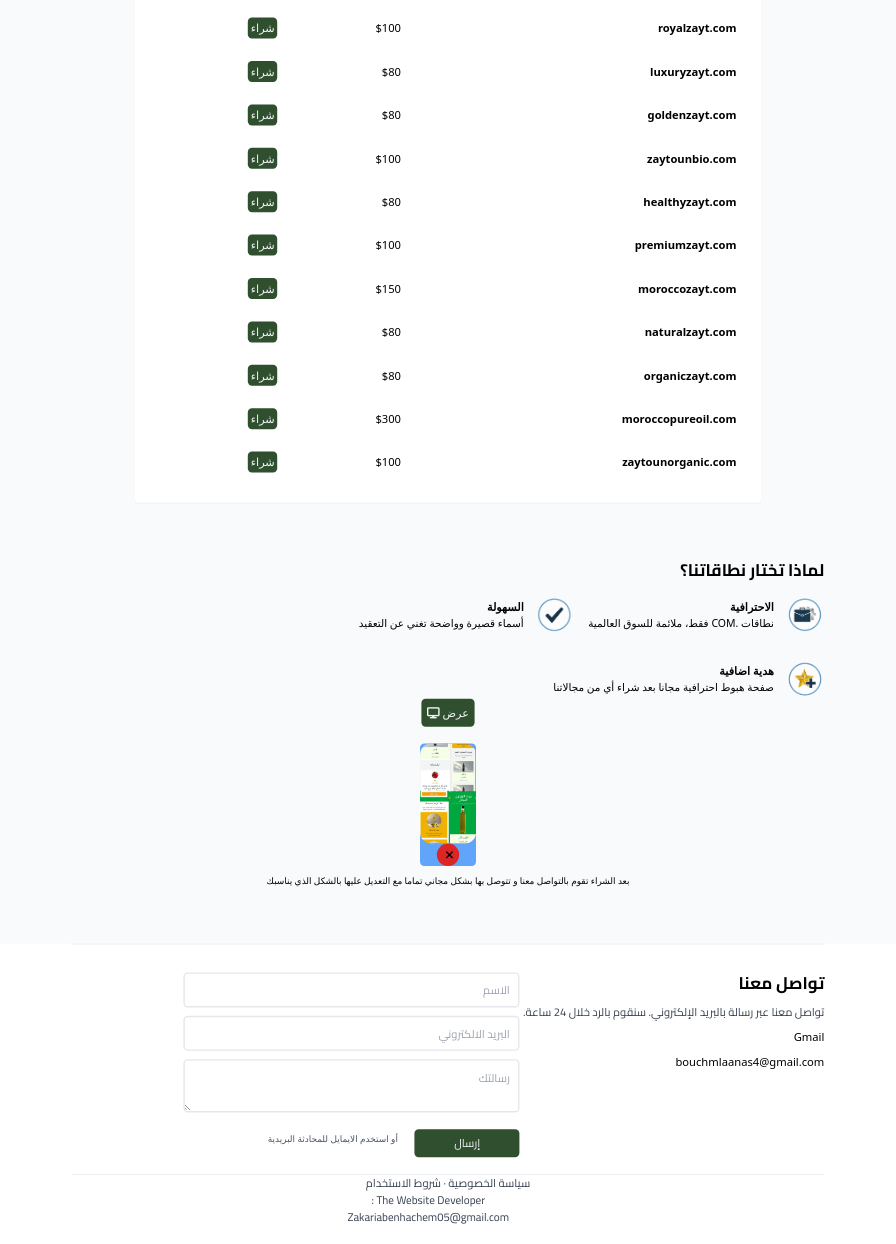
Repository: zakaria-bn05/Olive-oil-domaine-names-english-version
Page: index.html
These files come from the project's save history. The page is drawn as it stood at one moment and after the next save; the edit follows.
The browser window is 1280 px wide. The pictures show the part of the page from y = 1193 to 3113 px (the page is 2970 px tall before and 3113 px after), at 70% of full size.
Some web libraries are served in a nearby version.

Above is the page before, as saved 2025-11-19 04:38:37.

### index.html
<!DOCTYPE html>
<html lang="ar" dir="rtl">

<head>
    <meta charset="UTF-8">
    <meta name="viewport" content="width=device-width, initial-scale=1.0">
    <link rel="icon" type="image/x-icon" href="assets/logo.png">
    <link rel="stylesheet" href="https://cdnjs.cloudflare.com/ajax/libs/font-awesome/6.5.1/css/all.min.css">
    <script src="https://cdn.tailwindcss.com"></script>
    <link href="https://fonts.googleapis.com/css2?family=Cairo:wght@300;400;600;700;800&display=swap" rel="stylesheet">
    <title src="">بيع نطاقات زيت الزيتون .COM</title>
    <style>
        .font-cairo {
            font-family: 'Cairo', system-ui, -apple-system, 'Segoe UI', Roboto, sans-serif;
        }

        .nav-link {
            font-size: 0.95rem;
            font-weight: 600;
        }

        .nav-link:hover {
            opacity: 0.92;
        }

        .bg-olive-btn {
            background-color: #2f4f2f;
        }

        .bg-olive-btn:hover {
            filter: contrast(80%);
        }

        .header {
            height: 445px;
            background-image: url('assets/header-picture.jpg');
            background-size: cover;
            background-position: center;
        }

        .table-spaced {
            border-collapse: separate;
            border-spacing: 0 0.9rem;
        }

        .table-spaced th,
        .table-spaced td {
            background: white;
            padding: 0.75rem 1rem;
            border-radius: 8px;
        }

        .table-spaced thead th {
            background: transparent;
            font-weight: 700;
        }

        @media (max-width: 768px) {

            nav {
                margin-top: -40px;
            }

            .special-domaine {
                width: 400px
            }

            .buy-reason {
                padding-left: auto;
            }
        }
    </style>
</head>

<body class="min-h-screen flex flex-col">
    <main class="font-Cairo w-full flex flex-col bg-gray-50 text-gold-dark ">
        <nav
            class="sticky md:top-0 z-30 bg-white/60 backdrop-blur-sm flex w-full h-26 md:h-16 px-[4%] md:px-[8%] items-center justify-between md:gap-1">

            <div class=" flex items-center gap-[2%]">
                <img src="assets/logo.png" class=" w-8 cursor-pointer alt=" OliveDomains Logo">
                <div>
                    <p class="text-right font-bold">OliveDomains</p>
                    <p class="text-xs font-cairo w-30">نطاقات .COM لعلامات زيت الزيتون</p>
                </div>
            </div>
            <div class="flex items-center mt-28 mb-2 md:m-0 gap-4">
                <a id="full-list" class="text-green-900 nav-link font-cairo w-18 cursor-pointer md:w-max ">القائمة
                    الكاملة</a>
                <a id="" class="special text-green-900 nav-link font-cairo cursor-pointer ">مميزة</a>
                <a id="contact"
                    class="bg-olive-btn rounded-md p-[4px] md:p-[6px] text-gray-100 nav-link font-cairo cursor-pointer md:w-max">تواصل
                    معنا</a>
            </div>
        </nav>
        <header class="header flex items-center justify-center z-10 relative ">
            <div class="bg-white rounded-2xl backdrop-blur-sm bg-opacity-30 w-4/5 p-11 flex flex-col gap-3 ">
                <h1 class="font-cairo text-4xl font-bold text-right "> ابدأ علامتك التجارية لزيت الزيتون اليوم.</h1>
                <p class="text-gray-700 text-right text-ms ">
                    نقدم لك أسماء نطاقات .COM قصيرة، سهلة التذكر، وجاهزة للانطلاق.
                </p>
                <div class="flex md:flex-row flex-col gap-3 mt-4 ">
                    <button class="special font-cairo bg-olive-btn px-3 py-2 text-gray-100 rounded-md">استعرض النطاقات
                        المميزة
                    </button>
                    <button id="full-list-2" class="font-cairo px-3 py-2 rounded-md border-2 border-green-900 ">عرض
                        القائمة
                        الكاملة
                    </button>
                </div>
            </div>
        </header>
        <article class="px-[8%] py-10">
            <h1 class="font-cairo text-2xl font-bold">النطاقات المميزة</h1>
            <p class="font-cairo text-xm text-gray-700 ">أفضل النطاقات الجاهزة للاستعمال - قصيرة، راقية، وجاهزة لعلامتك.
            </p>
            <div class="flex gap-3 flex-wrap justify-center">
                <div
                    class="special-domaine bg-white border-2 border-gray-300 rounded-md p-5 mt-5 w-100 flex flex-col gap-3 ">
                    <p class=" font-cairo text-xm text-gray-700 ">نطاق
                    </p>
                    <p class=" font-cairo text-xl text-gray-700 font-bold ">goldenzayt.com
                    </p>
                    <p class=" font-cairo text-xm text-gray-700 ">اسم راق وسهل التذكر لماركات زيت الزيتون
                    </p>
                    <div class="flex items-center mt-auto w-full justify-between">

                        <p class=" font-cairo text-xl text-gray-700 font-bold mt-3 ">$80</p>
                        <div class="justify-end">
                            <button class="selling bg-olive-btn px-3 py-2 text-gray-100 rounded-md mt-3">اشترِ الآن
                            </button>
                            <button class="negotiate font-cairo bg-olive-btn px-3 py-2 bg-gray-100 rounded-md mt-3">
                                تفاوض
                            </button>
                        </div>

                    </div>
                </div>
                <div
                    class="special-domaine bg-white border-2 border-gray-300 rounded-md p-5 w-100 mt-5 flex flex-col gap-3 ">
                    <p class=" font-cairo text-xm text-gray-700 ">نطاق
                    </p>
                    <p class=" font-cairo text-xl text-gray-700 font-bold ">luxuryzayt.com
                    </p>
                    <p class=" font-cairo text-xm text-gray-700 ">ملائم للمنتجات الفاخرة والسوق الراقية
                    </p>
                    <div class="flex items-center mt-auto w-full justify-between">

                        <p class=" font-cairo text-xl text-gray-700 font-bold mt-3 ">$80</p>
                        <div class="justify-end">
                            <button href="" class="selling bg-olive-btn px-3 py-2 text-gray-100 rounded-md mt-3">اشترِ
                                الآن
                            </button>
                            <button class="negotiate font-cairo bg-olive-btn px-3 py-2 bg-gray-100 rounded-md mt-3">
                                تفاوض
                            </button>
                        </div>
                    </div>
                </div>
                <div
                    class="special-domaine bg-white border-2 border-gray-300 rounded-md p-5 mt-5 w-100 flex flex-col gap-3 ">
                    <p class=" font-cairo text-xm text-gray-700 ">نطاق
                    </p>
                    <p class=" font-cairo text-xl text-gray-700 font-bold ">organiczayt.com
                    </p>
                    <p class=" font-cairo text-xm text-gray-700 ">مثالي للمنتجات العضوية والعضوية المعتمدة
                    </p>
                    <div class="flex items-center w-full justify-between">

                        <p class=" font-cairo text-xl text-gray-700 font-bold mt-3 ">$80</p>
                        <div class="justify-end mt-auto">
                            <button class="selling bg-olive-btn px-3 py-2 text-gray-100 rounded-md mt-3">اشترِ الآن
                            </button>
                            <button class="negotiate font-cairo bg-olive-btn px-3 py-2 bg-gray-100 rounded-md mt-3">
                                تفاوض
                            </button>
                        </div>

                    </div>
                </div>
        </article>
        <article class="px-[8%] py-10">
            <h1 class="font-cairo text-2xl font-bold"> القائمة الكاملة للنطاقات</h1>
            <p class="font-cairo text-xm text-gray-700 ">أفضل النطاقات الجاهزة للاستعمال - قصيرة، راقية، وجاهزة لعلامتك
            </p>
            <div class="flex justify-center w-full">
                <table class=" w-5/6 text-right mt-5 bg-white p-5 rounded-md table-spaced shadow-sm">
                    <tr class="border-b-2 p-5">
                        <th>النطاق</th>
                        <th>السعر</th>
                        <th>الروابط</th>
                    </tr>
                    <tr>
                        <td class="font-bold ">zaytshop.com</td>
                        <td>$150</td>
                        <td><a href="https://sedo.com/search/?member=c67aa84ed5e26d9853476fb49144413aa5dfed49"
                                class="hover:border-b-2 border-black bg-olive-btn text-gray-100 p-1 rounded-md">
                                شراء</a></td>
                    </tr>
                    <tr>
                        <td class="font-bold ">purezayt.com</td>
                        <td>$100</td>
                        <td><a href="https://sedo.com/search/?member=c67aa84ed5e26d9853476fb49144413aa5dfed49"
                                class="hover:border-b-2 border-black bg-olive-btn text-gray-100 p-1 rounded-md">
                                شراء</a></td>
                    </tr>
                    <tr>
                        <td class="font-bold ">royalzayt.com</td>
                        <td>$100</td>
                        <td><a href="https://sedo.com/search/?member=c67aa84ed5e26d9853476fb49144413aa5dfed49"
                                class="hover:border-b-2 border-black bg-olive-btn text-gray-100 p-1 rounded-md">
                                شراء</a></td>
                    </tr>
                    <tr>
                        <td class="font-bold ">luxuryzayt.com</td>
                        <td>$80</td>
                        <td><a href="https://sedo.com/search/?member=c67aa84ed5e26d9853476fb49144413aa5dfed49"
                                class="hover:border-b-2 border-black bg-olive-btn text-gray-100 p-1 rounded-md">
                                شراء</a></td>
                    </tr>
                    <tr>
                        <td class="font-bold ">goldenzayt.com</td>
                        <td>$80</td>
                        <td><a href="https://sedo.com/search/?member=c67aa84ed5e26d9853476fb49144413aa5dfed49"
                                class="hover:border-b-2 border-black bg-olive-btn text-gray-100 p-1 rounded-md">
                                شراء</a></td>
                    </tr>
                    <tr>
                        <td class="font-bold ">zaytounbio.com</td>
                        <td>$100</td>
                        <td><a href="https://sedo.com/search/?member=c67aa84ed5e26d9853476fb49144413aa5dfed49"
                                class="hover:border-b-2 border-black bg-olive-btn text-gray-100 p-1 rounded-md">
                                شراء</a></td>
                    </tr>

                    <tr>
                        <td class="font-bold ">healthyzayt.com</td>
                        <td>$80</td>
                        <td><a href="https://sedo.com/search/?member=c67aa84ed5e26d9853476fb49144413aa5dfed49"
                                class="hover:border-b-2 border-black bg-olive-btn text-gray-100 p-1 rounded-md">
                                شراء</a></td>
                    </tr>
                    <tr>
                        <td class="font-bold ">premiumzayt.com</td>
                        <td>$100</td>
                        <td><a href="https://sedo.com/search/?member=c67aa84ed5e26d9853476fb49144413aa5dfed49"
                                class="hover:border-b-2 border-black bg-olive-btn text-gray-100 p-1 rounded-md">
                                شراء</a></td>
                    </tr>
                    <tr>
                        <td class="font-bold ">moroccozayt.com</td>
                        <td>$150</td>
                        <td><a href="https://sedo.com/search/?member=c67aa84ed5e26d9853476fb49144413aa5dfed49"
                                class="hover:border-b-2 border-black bg-olive-btn text-gray-100 p-1 rounded-md">
                                شراء</a></td>
                    </tr>
                    <tr>
                        <td class="font-bold ">naturalzayt.com</td>
                        <td>$80</td>
                        <td><a href="https://sedo.com/search/?member=c67aa84ed5e26d9853476fb49144413aa5dfed49"
                                class="hover:border-b-2 border-black bg-olive-btn text-gray-100 p-1 rounded-md">
                                شراء</a></td>
                    </tr>

                    <tr>
                        <td class="font-bold ">organiczayt.com</td>
                        <td>$80</td>
                        <td><a href="https://sedo.com/search/?member=c67aa84ed5e26d9853476fb49144413aa5dfed49"
                                class="hover:border-b-2 border-black bg-olive-btn text-gray-100 p-1 rounded-md">
                                شراء</a></td>
                    </tr>
                    <tr>
                        <td class="font-bold ">moroccopureoil.com</td>
                        <td>$300</td>
                        <td><a href="https://sedo.com/search/?member=c67aa84ed5e26d9853476fb49144413aa5dfed49"
                                class="hover:border-b-2 border-black bg-olive-btn text-gray-100 p-1 rounded-md">
                                شراء</a></td>
                    </tr>
                    <tr>
                        <td class="font-bold ">zaytounorganic.com</td>
                        <td>$100</td>
                        <td><a href="https://sedo.com/search/?member=c67aa84ed5e26d9853476fb49144413aa5dfed49"
                                class="hover:border-b-2 border-black bg-olive-btn text-gray-100 p-1 rounded-md">
                                شراء</a></td>
                    </tr>
                </table>
            </div>

        </article>
        <article class="px-[8%] py-10">
            <h1 class="font-cairo text-2xl font-bold"> لماذا تختار نطاقاتنا؟ </h1>
            <div class="flex flex-wrap gap-4">
                <div class=" flex gap-5 mt-5 p-1 rounded-md ">
                    <img src=" assets/pro-logo.png" class="buy-reason w-12 h-12 rounded-full" alt="">
                    <div>
                        <p class="font-bold">الاحترافية</p>
                        <p class="text-[15px]">نطاقات .COM فقط، ملائمة للسوق العالمية</p>
                    </div>
                </div>
                <div class="flex gap-5 mt-5 p-1 rounded-md ">
                    <img src="assets/easy-logo.png" class="buy-reason w-12 h-12 rounded-full" alt="">
                    <div>
                        <p class="font-bold">السهولة</p>
                        <p class="text-[15px]"> أسماء قصيرة وواضحة تغني عن التعقيد</p>
                    </div>
                </div>
                <div class="flex gap-5 mt-5 p-1 rounded-md ">
                    <img src="assets/bonus-logo.png" class="buy-reason w-12 h-12 rounded-full" alt="">
                    <div>
                        <p class="font-bold">هدية اضافية</p>
                        <p class="text-[15px]"> صفحة هبوط احترافية مجانا بعد شراء أي من مجالاتنا </p>
                    </div>
                </div>

            </div>
            <div class="flex flex-col gap-3 items-center">
                <button id="display-landing-page" class=" bg-olive-btn p-2 text-ms text-gray-100 rounded-md w-max">عرض
                    <i class="fa-solid fa-display"></i></button>
                <div id="fixed inset-0 landing-page-container"
                    class="flex flex-col justify-center items-center gap-2p-5 rounded-md mt-3 bg-blue-400 ">
                    <img src="assets/landing-page.jpg" class="w-20 h-130 rounded-2xl" alt="">
                    <i
                        class="fa-solid fa-xmark close-red-icon w-8 h-8 font-bold cursor-pointer bg-red-600 hover:bg-red-500 transition-all hover:scale-110 rounded-full p-2"></i>
                </div>
                <small>بعد الشراء تقوم بالتواصل معنا و تتوصل بها بشكل مجاني تماما مع التعديل عليها بالشكل الذي
                    يناسبك</small>

            </div>
            </div>

        </article>
        <article class="px-[8%] mt-10 bg-white">
            <hr>
            <div class="flex flex-wrap justify-between pt-10">
                <div class="flex flex-col gap-3">
                    <h1 class="font-cairo text-2xl font-bold "> تواصل معنا </h1>
                    <p class="font-cairo text-xm text-gray-700 m-none p-none ">
                        تواصل معنا عبر رسالة بالبريد الإلكتروني.
                        سنقوم بالرد خلال 24 ساعة.
                    </p>
                    <a href="">Gmail </a>
                    <a href="mailto:bouchmlaanas4@gmail.com">bouchmlaanas4@gmail.com</a>
                </div>
                <form class="flex flex-col gap-3 ml-10 w-[600px] rounded-md" action="https://formspree.io/f/xnnwjaby"
                    method="POST">
                    <input type="text" name="name"
                        class="w-4/5 font-cairo text-ms h-[50px] rounded-md  border-2 border-gray-200 p-3 "
                        placeholder="الاسم">
                    <input type="email" name="mail"
                        class="w-4/5 font-cairo text-ms p-3 h-[50px] rounded-md border-2 border-gray-200"
                        placeholder="البريد الالكتروني">
                    <textarea name="subject" cols="30"
                        class="w-4/5 font-cairo text-ms p-3 rounded-md border-2 border-gray-200"
                        placeholder="رسالتك "></textarea>
                    <div class="flex items-center gap-6">
                        <input type="submit" value="إرسال"
                            class="bg-olive-btn font-cairo px-3 py-2 text-gray-100 rounded-md mt-3 w-1/4 cursor-pointer">
                        <small class="text-gray-600">أو استخدم الايمايل للمحادثة البريدية</small>
                    </div>
                </form>
            </div>
            <br>
            <hr>
            <footer>
                <pre class="text-center text-xm font-cairo text-gray-700">سياسة الخصوصية · شروط الاستخدام
                The Website Developer :
                Zakariabenhachem05@gmail.com
            </pre>
            </footer>
        </article>


    </main>
    <script src="index.js"></script>
</body>

</html>

### index.js
const break_point = 768;
const window_width = window.innerWidth;
console.log(window_width, break_point);
const contact = document.getElementById('contact');
const fullList = document.getElementById('full-list');

const fullList2 = document.getElementById('full-list-2');

contact.addEventListener('click', () => {
    window.scrollTo({
        top: document.body.scrollHeight,
        behavior: 'smooth'
    });
});

fullList.addEventListener('click', () => {
    const scrolling = window_width > break_point ? 850 : 1490;
    window.scrollTo({
        top: scrolling,
        behavior: 'smooth'
    });
});

fullList2.addEventListener('click', () => {
    const scrolling = window_width > break_point ? 850 : 1490;
    window.scrollTo({
        top: scrolling,
        behavior: 'smooth'
    });
});

const specials = document.querySelectorAll('.special');
specials.forEach(special => {
    special.addEventListener('click', () => {
        const scrolling = window_width > break_point ? 450 : 450;
        window.scrollTo({
            top: scrolling,
            behavior: 'smooth'
        });
    });
});

const negotiationBtn = document.querySelectorAll('.negotiate');
negotiationBtn.forEach(element => {
    element.addEventListener('click', () => {
        window.scrollTo({
            top: document.body.scrollHeight,
            behavior: 'smooth'
        });
    });
});

const sellingBtn = document.querySelectorAll('.selling');
sellingBtn.forEach(element => {
    element.addEventListener('click', () => {
        window.open('https://sedo.com/search/?showportfolio=c67aa84ed5e26d9853476fb49144413aa5dfed49', '_blank');
    });
});
const displayLandingPageBtn = document.getElementById('display-landing-page');
displayLandingPageBtn.addEventListener('click', () => {

});

After the next save:
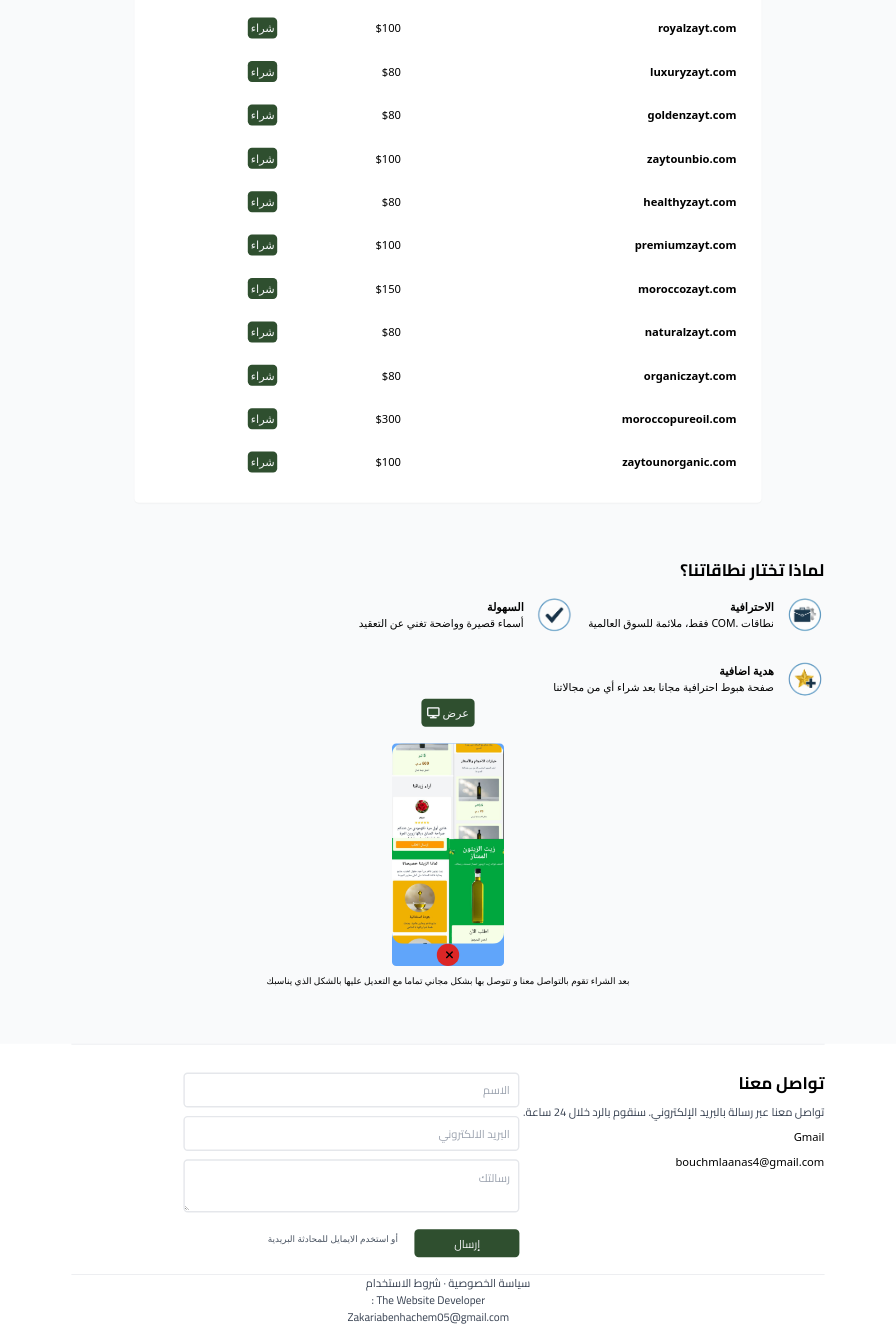
Saved 16 s later.
--- a/index.html
+++ b/index.html
@@ -318,7 +318,7 @@
                     <i class="fa-solid fa-display"></i></button>
                 <div id="fixed inset-0 landing-page-container"
                     class="flex flex-col justify-center items-center gap-2p-5 rounded-md mt-3 bg-blue-400 ">
-                    <img src="assets/landing-page.jpg" class="w-20 h-130 rounded-2xl" alt="">
+                    <img src="assets/landing-page.jpg" class="w-40 h-150 rounded-2xl" alt="">
                     <i
                         class="fa-solid fa-xmark close-red-icon w-8 h-8 font-bold cursor-pointer bg-red-600 hover:bg-red-500 transition-all hover:scale-110 rounded-full p-2"></i>
                 </div>
